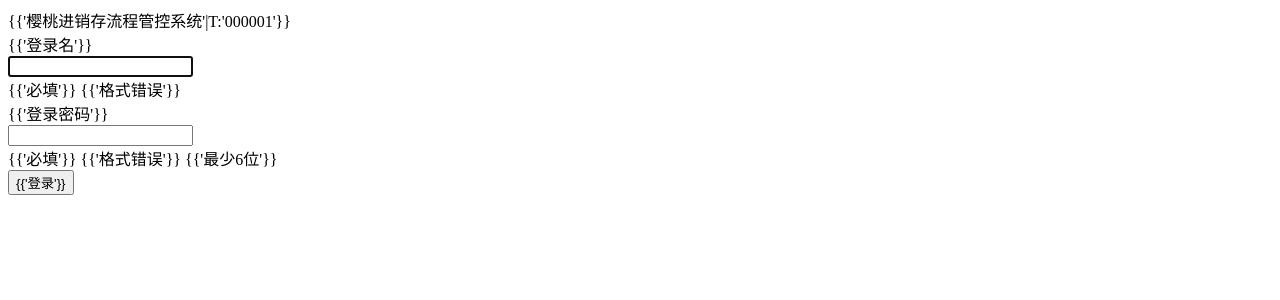
Repository: Anita-huang-001/cims
Page: cherry/mi_cims/mi_cims_admin/src/main/resources/static/view/login.html
The author's editor kept a copy of each file at every save. The page is drawn from the files as they stood at one save, then again after the next save.
The browser window is 1280 px wide. The pictures show the whole page.

Above is the page before, as saved 2021-02-04 07:24:51.

### cherry/mi_cims/mi_cims_admin/src/main/resources/static/view/login.html
<!-- 登录页面 -->

<div class="container-fluid login-page">
	<!-- 标题 -->
	<div class="row login-title text-center">
		<!-- 公司logo图片 -->
		<!-- <img alt="logo" src="image/logo.png">  -->
		<!-- 系统名称 -->
		<label class="login-title-label">{{'樱桃进销存流程管控系统'|T:'000001'}}</label>
	</div>
	<div class="row col-sm-6 col-sm-offset-3 col-lg-4 col-lg-offset-4">
		<div class="login-form">
			<!-- 登录表单 -->
			<form name="loginForm" class="form-horizontal" role="form"  novalidate>
				<!-- 用户名 -->
				<div class="form-group form-item-group">
					<label for="managerId" class="col-sm-3 form-input-label">{{'登录名'}}</label>
					<div class="col-sm-9">
						<!-- 用户名输入框 -->
						<input type="text" class="form-input form-control"
							id="managerId" name="managerId" data-ng-model="loginInfo.managerId"
							maxlength="32" data-ng-pattern="PATTERN.managerName" required autofocus>
						<!-- 用户名错误提示信息 -->
						<div data-ng-if="loginForm.managerId.$dirty">
							<span class="form-input-error" data-ng-show="loginForm.managerId.$error.required">{{'必填'}}</span>
							<span class="form-input-error" data-ng-show="loginForm.managerId.$error.pattern">{{'格式错误'}}</span>
						</div>
					</div>
				</div>
				<!-- 用户密码 -->
				<div class="form-group form-item-group">
					<label for="managerPwd" class="col-sm-3 form-input-label">{{'登录密码'}}</label>
					<div class="col-sm-9">
						<!-- 用户名输入框 -->
						<input type="password" class="form-input form-control" data-ng-keyup="managerPwdKeyup($event)"
							id="managerPwd" name="managerPwd" data-ng-model="loginInfo.managerPwd"
							data-ng-minlength="6"  maxlength="32" data-ng-pattern="PATTERN.managerPwd" required>
						<!-- 用户名错误提示信息 -->
						<div data-ng-if="loginForm.managerId.$dirty">
						<span class="form-input-error" data-ng-show="loginForm.managerPwd.$error.required">{{'必填'}}</span>
						<span class="form-input-error" data-ng-show="loginForm.managerPwd.$error.pattern">{{'格式错误'}}</span>
						<span class="form-input-error" data-ng-show="loginForm.managerPwd.$error.minlength">{{'最少6位'}}</span>
						</div>
					</div>
				</div>
				<div class="form-group form-item-group">
					<div class="col-sm-4 col-sm-offset-4">
						<!-- 登录按钮 -->
						<button type="button" id="loginBtn" class="form-bottom-button btn btn-success "
							data-ng-disabled="loginForm.$invalid" data-ng-click="login()">
							<span class="glyphicon glyphicon-log-in"></span>{{'登录'}}
						</button>
					</div>
				</div>
			</form>
		</div>
	</div>
</div>

After the next save:
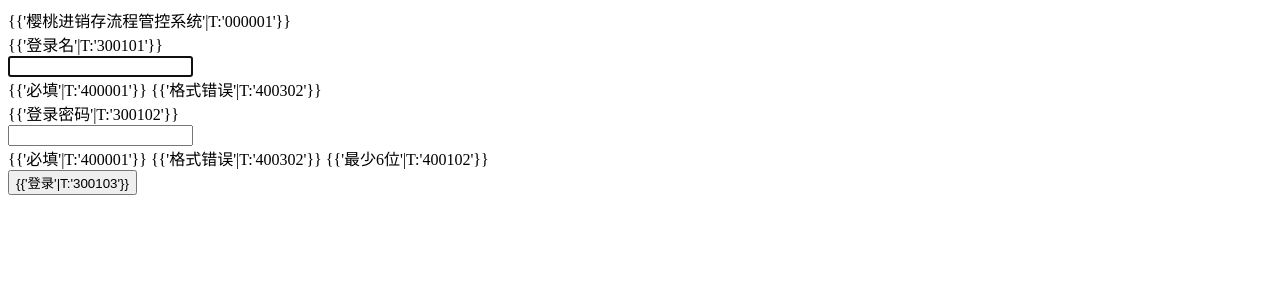
Saved 2 min 12 s later.
--- a/cherry/mi_cims/mi_cims_admin/src/main/resources/static/view/login.html
+++ b/cherry/mi_cims/mi_cims_admin/src/main/resources/static/view/login.html
@@ -14,7 +14,7 @@
 			<form name="loginForm" class="form-horizontal" role="form"  novalidate>
 				<!-- 用户名 -->
 				<div class="form-group form-item-group">
-					<label for="managerId" class="col-sm-3 form-input-label">{{'登录名'}}</label>
+					<label for="managerId" class="col-sm-3 form-input-label">{{'登录名'|T:'300101'}}</label>
 					<div class="col-sm-9">
 						<!-- 用户名输入框 -->
 						<input type="text" class="form-input form-control"
@@ -22,14 +22,14 @@
 							maxlength="32" data-ng-pattern="PATTERN.managerName" required autofocus>
 						<!-- 用户名错误提示信息 -->
 						<div data-ng-if="loginForm.managerId.$dirty">
-							<span class="form-input-error" data-ng-show="loginForm.managerId.$error.required">{{'必填'}}</span>
-							<span class="form-input-error" data-ng-show="loginForm.managerId.$error.pattern">{{'格式错误'}}</span>
+							<span class="form-input-error" data-ng-show="loginForm.managerId.$error.required">{{'必填'|T:'400001'}}</span>
+							<span class="form-input-error" data-ng-show="loginForm.managerId.$error.pattern">{{'格式错误'|T:'400302'}}</span>
 						</div>
 					</div>
 				</div>
 				<!-- 用户密码 -->
 				<div class="form-group form-item-group">
-					<label for="managerPwd" class="col-sm-3 form-input-label">{{'登录密码'}}</label>
+					<label for="managerPwd" class="col-sm-3 form-input-label">{{'登录密码'|T:'300102'}}</label>
 					<div class="col-sm-9">
 						<!-- 用户名输入框 -->
 						<input type="password" class="form-input form-control" data-ng-keyup="managerPwdKeyup($event)"
@@ -37,9 +37,9 @@
 							data-ng-minlength="6"  maxlength="32" data-ng-pattern="PATTERN.managerPwd" required>
 						<!-- 用户名错误提示信息 -->
 						<div data-ng-if="loginForm.managerId.$dirty">
-						<span class="form-input-error" data-ng-show="loginForm.managerPwd.$error.required">{{'必填'}}</span>
-						<span class="form-input-error" data-ng-show="loginForm.managerPwd.$error.pattern">{{'格式错误'}}</span>
-						<span class="form-input-error" data-ng-show="loginForm.managerPwd.$error.minlength">{{'最少6位'}}</span>
+						<span class="form-input-error" data-ng-show="loginForm.managerPwd.$error.required">{{'必填'|T:'400001'}}</span>
+						<span class="form-input-error" data-ng-show="loginForm.managerPwd.$error.pattern">{{'格式错误'|T:'400302'}}</span>
+						<span class="form-input-error" data-ng-show="loginForm.managerPwd.$error.minlength">{{'最少6位'|T:'400102'}}</span>
 						</div>
 					</div>
 				</div>
@@ -48,7 +48,7 @@
 						<!-- 登录按钮 -->
 						<button type="button" id="loginBtn" class="form-bottom-button btn btn-success "
 							data-ng-disabled="loginForm.$invalid" data-ng-click="login()">
-							<span class="glyphicon glyphicon-log-in"></span>{{'登录'}}
+							<span class="glyphicon glyphicon-log-in"></span>{{'登录'|T:'300103'}}
 						</button>
 					</div>
 				</div>
